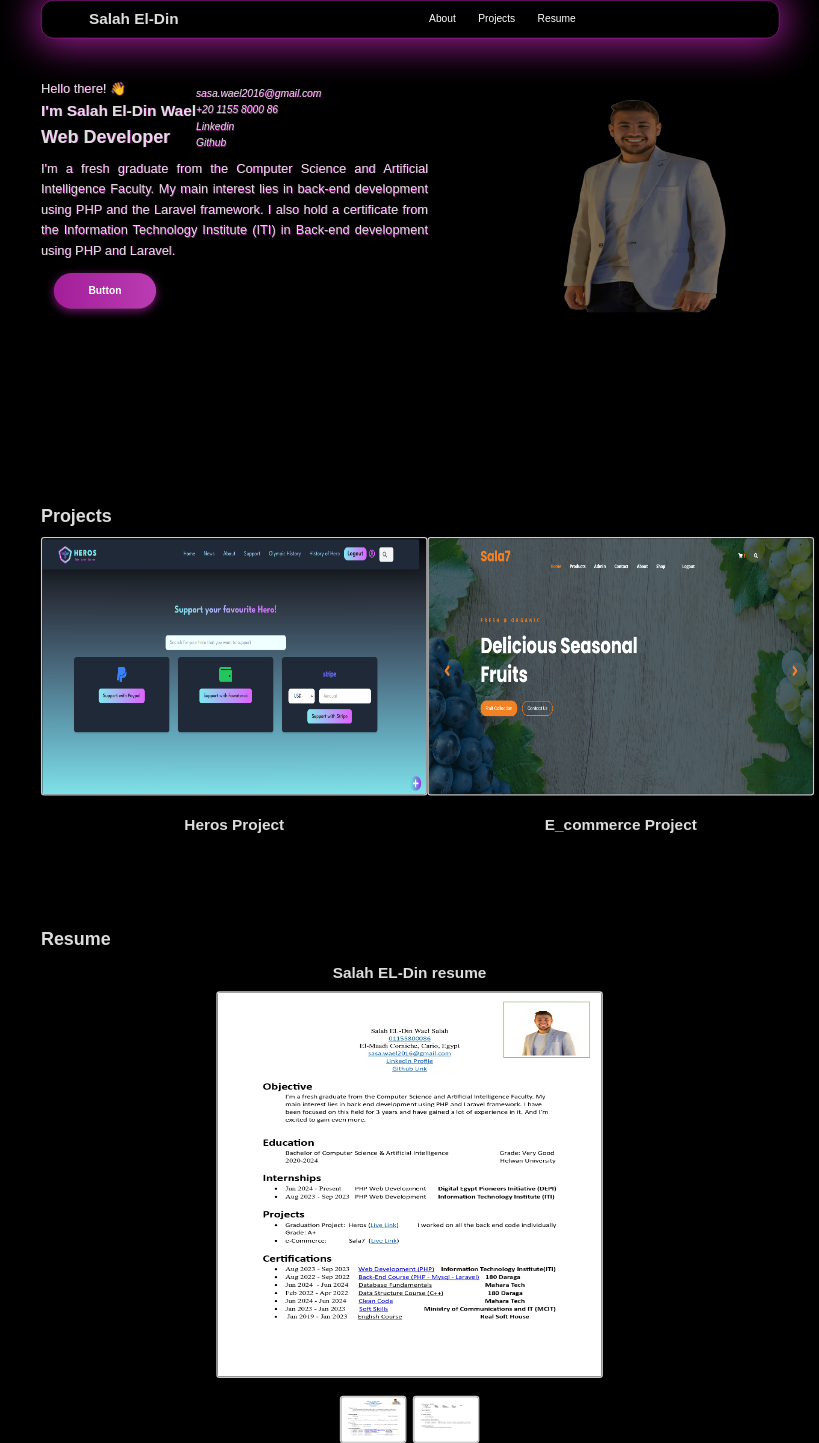
Repository: Salah-Wael/Salah-EL-Din-Portfolio
Page: index.html
An editor plug-in stored every save of this project. The page is shown before and after a run of saves, followed by the edit.
The browser window is 1280 px wide. The pictures show the whole page, at 64% of full size.

Above is the page before, as saved 2024-07-28 03:25:28.

### index.html
<!DOCTYPE html>
<html lang="en">
<head>
  <meta charset="UTF-8">
  <meta name="viewport" content="width=device-width, initial-scale=1.0">
  <title>Salah EL-Din Portfolio</title>
  <link rel="stylesheet" href="./style.css">

</head>
<body>
  <header>
    <nav>
      <h1>Salah El-Din</h1>
      <ul>
        <li><a href="#about">About</a></li>
        <li><a href="#projects">Projects</a></li>
        <li><a href="#resume">Resume</a></li>
      </ul>
    </nav>
  </header>
  <section id="about">
    <div class="about">
      <div class="content">
        <div class="info">
          <div>
            <p>Hello there! 👋</p>
            <h1>I'm Salah El-Din Wael</h1>
            <h2>Web Developer</h2>
          </div>
          <div class="contact">
            <address>
              <a href="mailto:sasa.wael2016@gmail.com">sasa.wael2016@gmail.com</a><br>
              <a href="https://api.whatsapp.com/send/?phone=%2B201155800086" target="_blank">+20 1155 8000 86</a><br>
              <a href="https://www.linkedin.com/in/salah-eldin" target="_blank">Linkedin</a><br>
              <a href="https://github.com/Salah-Wael" target="_blank">Github</a><br>
            </address>
          </div>
        </div>
          <p>I'm a fresh graduate from the Computer Science and Artificial Intelligence Faculty.
          My main interest lies in back-end development using PHP and the Laravel framework.
          I also hold a certificate from the Information Technology Institute (ITI) in Back-end development using PHP and Laravel.</p>
        <a href=""><button class="bn632-hover bn22">Button</button></a>


      </div>
      <div class="main-img">
        <img src="./img/me/sasag.png" alt="Salah EL-Din">
      </div>
    </div>
  </section>
  <section id="projects">

    <h2>Projects</h2>
    <div class="projects">
      <div class="projects-container">
        <a href="https://heros.rf.gd/" target="_blank">
          <div class="project">
            <div class="image-display">
              <img id="heros" src="img/projects/heros registration.png" alt="heros registration">
            </div>
            <h3>Heros Project</h3>
          </div>
        </a>
      </div>
      <div class="projects-container">
        <a href="https://sala7.great-site.net/" target="_blank">
          <div class="project">
            <div class="image-display">
              <img id="ecommerce" src="img/projects/ecommerce home.png" alt="Sala7 E_commerce">

            </div>
            <h3>E_commerce Project</h3>
          </div>
        </a>
      </div>
    </div>
  </section>
  <section id="resume">
    <h2>Resume</h2>
    <div class="cv-container">
      <div class="project">
        <h3>Salah EL-Din resume</h3>
        <div class="image-display">
          <img id="CV" src="img/CV/Salah EL-Din resume_page-0001.jpg" alt="Salah EL-Din resume">
        </div>
        <div class="thumbnails">
          <img src="img/CV/Salah EL-Din resume_page-0001.jpg" alt="Salah EL-Din resume"
          onclick="swapImage('img/CV/Salah EL-Din resume_page-0001.jpg')">

          <img src="img/CV/Salah EL-Din resume_page-0002.jpg" alt="Salah EL-Din resume"
          onclick="swapImage('img/CV/Salah EL-Din resume_page-0002.jpg')">

        </div>
      </div>
    </div>
  </section>
</body>

<script>
    document.addEventListener('DOMContentLoaded', (event) => {
      const herosImages = [
        'img/projects/heros registration.png',
        'img/projects/heros create news.png',
        'img/projects/heros payment.png'
      ];
      const ecommerceImages = [
        'img/projects/ecommerce home.png',
        'img/projects/products.png'
      ];

      let currentHerosIndex = 0;
      const herosImage = document.getElementById('heros');

      function swapHerosImage() {
        currentHerosIndex = (currentHerosIndex + 1) % herosImages.length;
        herosImage.src = herosImages[currentHerosIndex];
      }
      setInterval(swapHerosImage, 2000); // Change image every 2 seconds

      let currentEcommerceIndex = 0;
      const ecommerceImage = document.getElementById('ecommerce');

      function swapEcommerceImage() {
        currentEcommerceIndex = (currentEcommerceIndex + 1) % ecommerceImages.length;
        ecommerceImage.src = ecommerceImages[currentEcommerceIndex];
      }

      setInterval(swapEcommerceImage, 2000); // Change image every 2 seconds
    });



    function swapImage(newSrc) {
      document.getElementById('CV').src = newSrc;
    }
  </script>
</html>

### style.css
/* Reset some basic styles */
*{
  margin: 0;
  padding: 0;
  list-style: none;
  text-decoration: none;
  color:#dddddd;
  font-family: Arial, sans-serif;
}

/* General body styling */
body {
  font-family: Arial, sans-serif;
  line-height: 1.6;
  background-color: black;
}

/* Styling for navigation bar */
header{
  height: 10vh;
  width: 100%;

}

:root {
  --main-color: #a21e99;
  --secondary-color: #2ecc71;
  --font-size: 16px;
}

nav {
  background-color: black;
  border: 1px solid var(--main-color) ;
  box-shadow: 1px 1px 60px 8px var(--main-color) ;
  z-index: 1;
  border-radius: 20px;
  color: white;
  width: 90%;
  margin-left: 5%;
  display: flex;
  justify-content: space-between;
  align-items: center;
  padding: 10px 0px;
  margin-bottom: 50px;
  position: fixed;
}

nav h1 {
  width: 30%;
  text-align: center;
  font-size: 24px;
}

nav ul {
  display: flex;
  justify-content: center;
  width: 90%;
  gap: 15px;
}

nav ul li {
  list-style: none;
}

nav ul li a {
  color: white;
  text-decoration: none;
  padding: 5px 10px;
}

nav ul li a:hover {
  color: var(--main-color);
  transition: 0.5s;
}

/* Section styling */
section {
  /* padding: 20px; */
  margin-top: 50px;
  width: 90%;
  margin-left: 5%;
  height: 85vh;
}

section h2 {
  font-size: 28px;
  margin-bottom: 10px;
}

section p {
  font-size: 24px;
}

/* about section styling */
.about{
  display: flex;
  justify-content: space-around;
  align-items: center;
  margin: 0, 20px, 20px, 20px;
}

.about .content{
  width: 70%;
  height: 100%;
}

.about .content{
  text-shadow: 1px 1px 1px #a21e99;
}
.about .content .info{
  display: flex;
  flex-wrap: wrap;
  align-items: center;
}
.about .content .info .contact{

}

.about div p{
  width: 75%;
  font-size: 20px;
  text-align: justify;
}

.bn632-hover {
  width: 160px;
  font-size: 16px;
  font-weight: 600;
  color: #fff;
  cursor: pointer;
  margin: 20px;
  height: 55px;
  text-align:center;
  border: none;
  background-size: 300% 100%;
  border-radius: 50px;
  moz-transition: all .4s ease-in-out;
  -o-transition: all .4s ease-in-out;
  -webkit-transition: all .4s ease-in-out;
  transition: all .4s ease-in-out;
}

.bn632-hover:hover {
  background-position: 100% 0;
  moz-transition: all .4s ease-in-out;
  -o-transition: all .4s ease-in-out;
  -webkit-transition: all .4s ease-in-out;
  transition: all .4s ease-in-out;
}

.bn632-hover:focus {
  outline: none;
}

.bn632-hover.bn22 {
  background-image: linear-gradient(
    to right,
    #a21e99,
    #ba3cb2,
    #dd30d8,
    #b62bb6
  );
  box-shadow: 0 4px 15px 0 rgba(162, 30, 153, 0.75);
}

.about .main-img{
  width: 30%;
  height: 100%;

}

.about div img{
  width: 300px;
  height: 300px;
  animation: salah 2s linear infinite;
  -webkit-animation: salah 2s linear infinite;
  /* box-shadow: 1px 1px 1px 0px rgba(162, 30, 153, 0.75) ; */

}

@keyframes salah {
  0%{
    opacity: 0;
    transform: scale(0.5);

  }
  50%{
    opacity: 0.5;
    transform: scale(1.2);
  }

  100%{
    opacity: 1;
    transform: scale(1);
  }
}


/* Projects section styling */
.projects{
  display: flex;
  justify-content: space-evenly;
}

.projects-container {
  display: flex;
  gap: 20px;
  flex-wrap: wrap;
  justify-content: center;
}
.cv-container {
  display: flex;
  gap: 20px;
  flex-wrap: wrap;
  justify-content: center;
}

.project {
  text-align: center;
}

.project h3 {
  font-size: 24px;
  margin-bottom: 10px;
}

.image-display {
  margin-bottom: 20px;

}

#projects .image-display img {
  width: 600px;
  height: 400px;
  border: 2px solid #ccc;
  border-radius: 5px;
  box-shadow: 0 2px 5px rgba(0, 0, 0, 0.1);
}

#resume{
  height: 110vh;
}
#resume .image-display img {
  width: 600px;
  height: 600px;
  border: 2px solid #ccc;
  border-radius: 5px;
  box-shadow: 0 2px 5px rgba(0, 0, 0, 0.1);
}

.thumbnails {
  display: flex;
  gap: 10px;
  justify-content: center;
}

.thumbnails img {
  width: 100px;
  height: 70px;
  border: 2px solid #ccc;
  border-radius: 5px;
  cursor: pointer;
  transition: border-color 0.3s ease;
}

.thumbnails img:hover {
  border-color: #333;
}

After the next 2 saves:
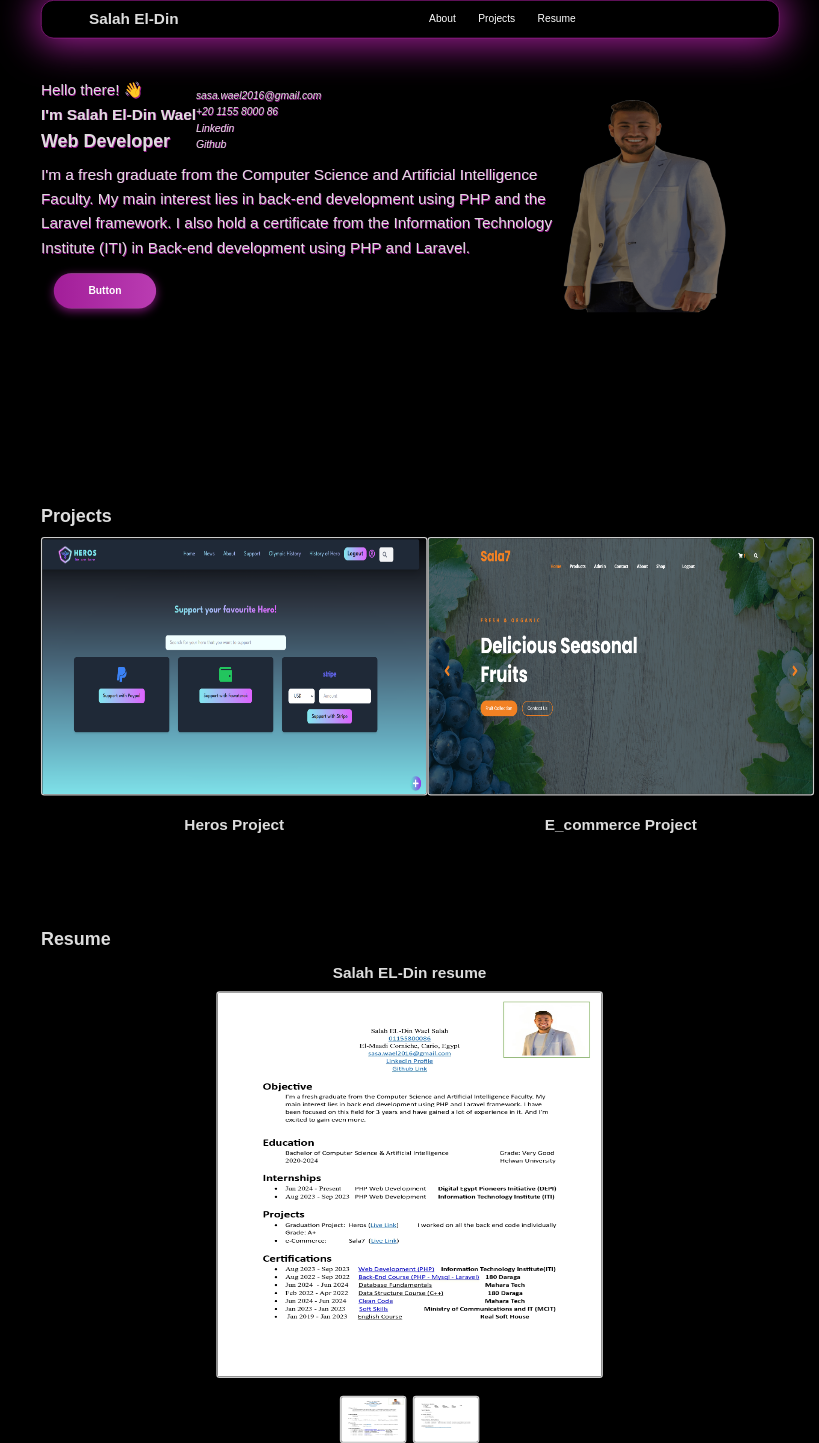
The 2 saves are shown as one change because they came seconds apart.
The last was saved 53 s later.
--- a/style.css
+++ b/style.css
@@ -115,6 +115,8 @@
 .about .content .info .contact{
 
 }
+
+.con
 
 .about div p{
   width: 75%;

After the 3 saves that followed:
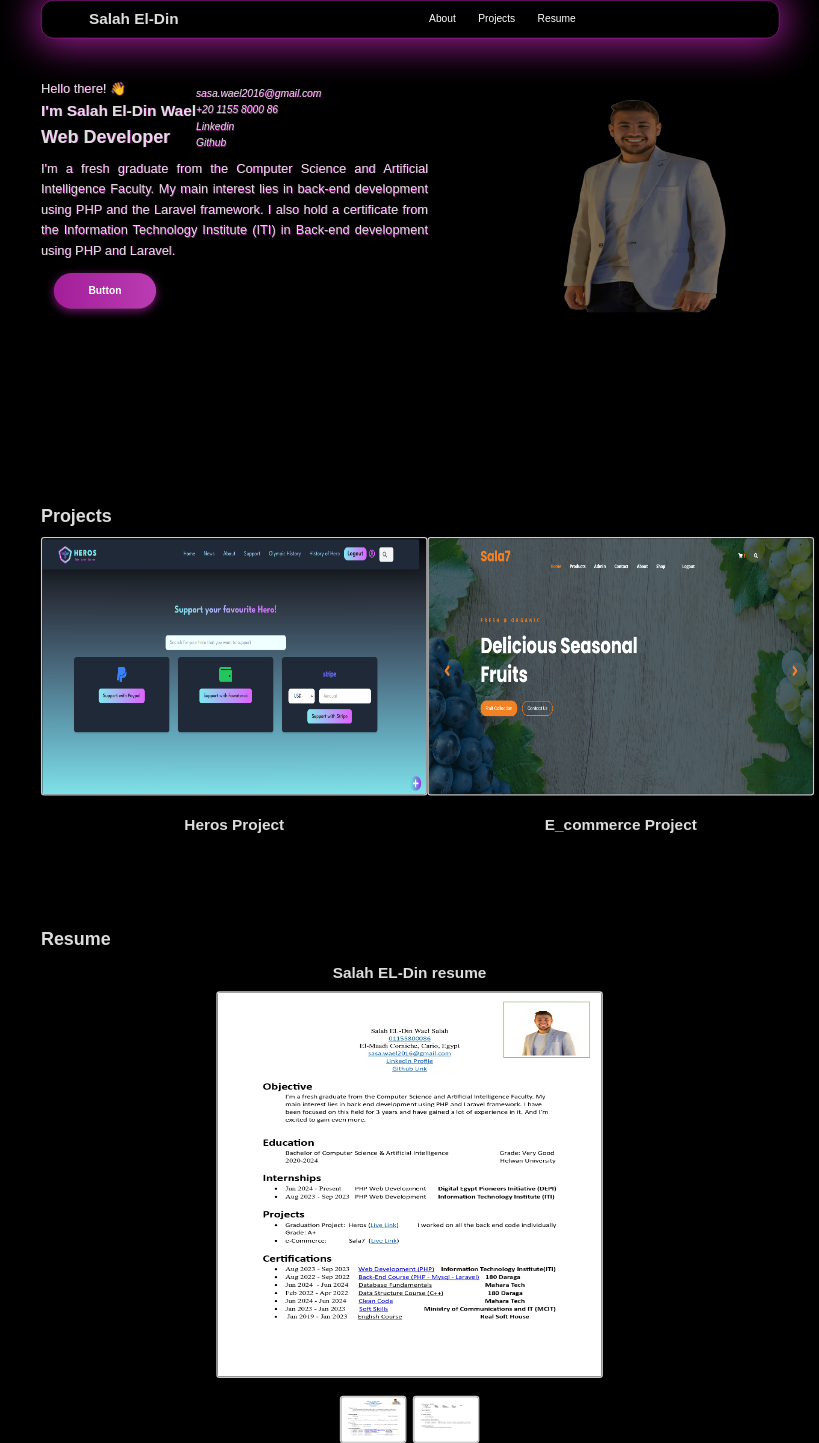
The 3 saves are shown as one change because they came seconds apart.
The last was saved 9 s later.
--- a/style.css
+++ b/style.css
@@ -116,7 +116,9 @@
 
 }
 
-.con
+.contact address{
+  a
+}
 
 .about div p{
   width: 75%;
